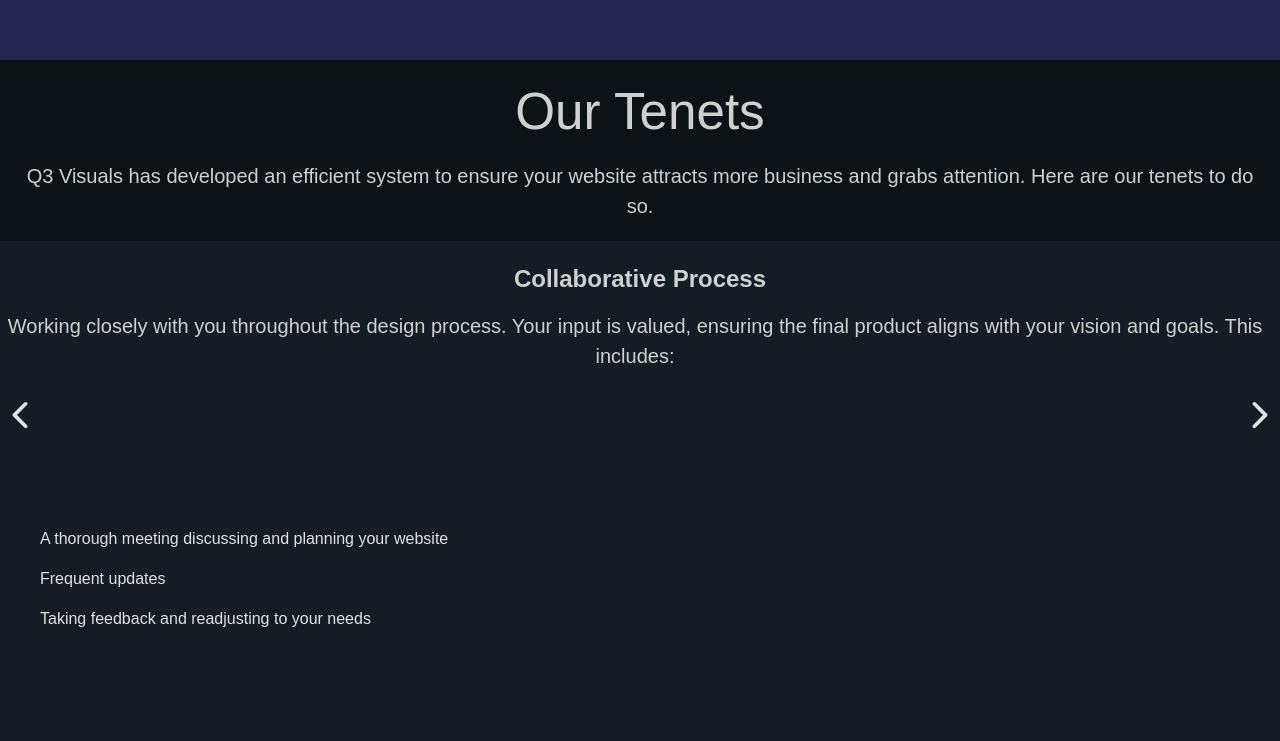
Repository: TMuse333/quantumDesigns
Page: /process
The author's editor kept a copy of each file at every save. The page is drawn from the files as they stood at one save, then again after a run of saves.
The browser window is 1280 px wide. The pictures show the whole page.
The project was rebuilt for these pictures with package versions that can differ from the ones it lists, and the page was loaded fresh each time. Also part of the build but not shown: vite.config.js, src/styles/herobanner.css, src/components/Herobanner.jsx, src/components/intro.jsx, src/styles/tenets.css, src/components/tenets.jsx, src/styles/work.css, src/components/work.jsx and 6 more.

Above is the page before, as saved 2023-12-16 19:39:08.

After the next 3 saves:
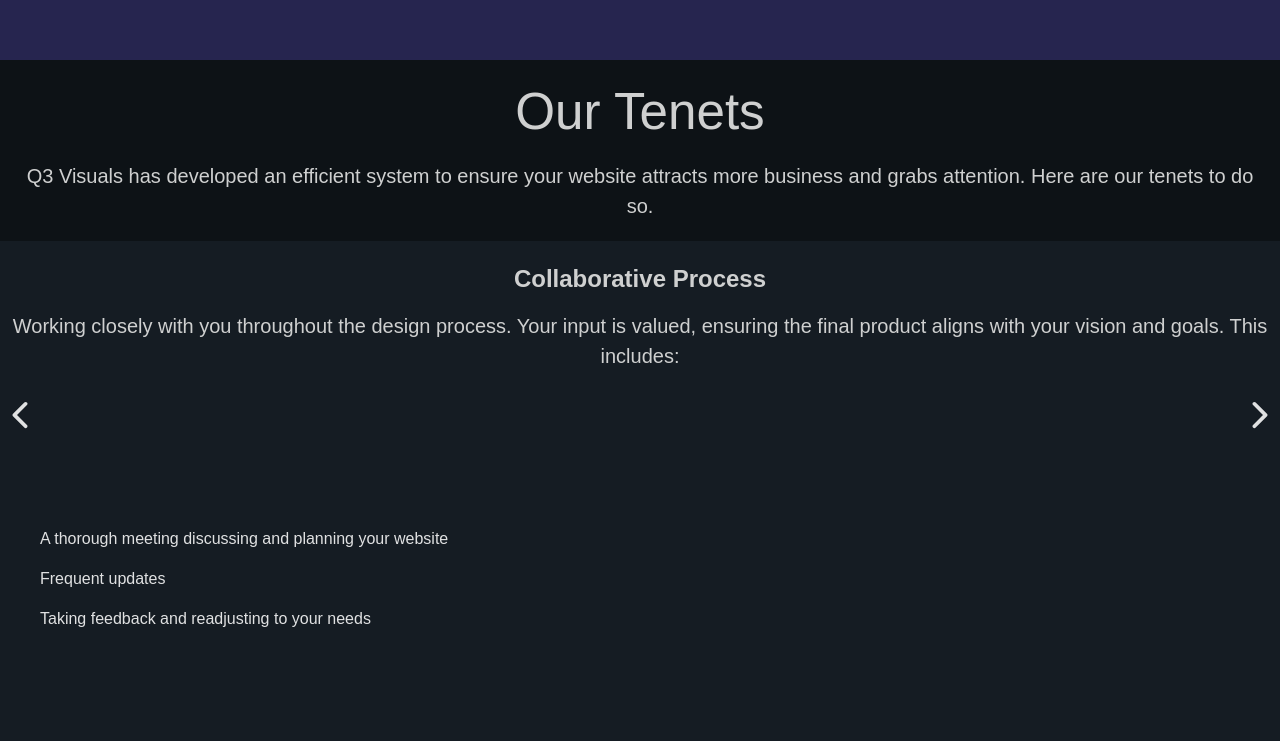
The 3 saves are shown as one change because they came seconds apart.
The last was saved 9 s later.
--- a/src/styles/process.css
+++ b/src/styles/process.css
@@ -29,7 +29,8 @@
     position: absolute;
     top:50px;
     font-size: 1.25rem;
-    padding-left:5px
+    padding-left:5px;
+    padding-right: 5px;
 }
 
 .tenet{
